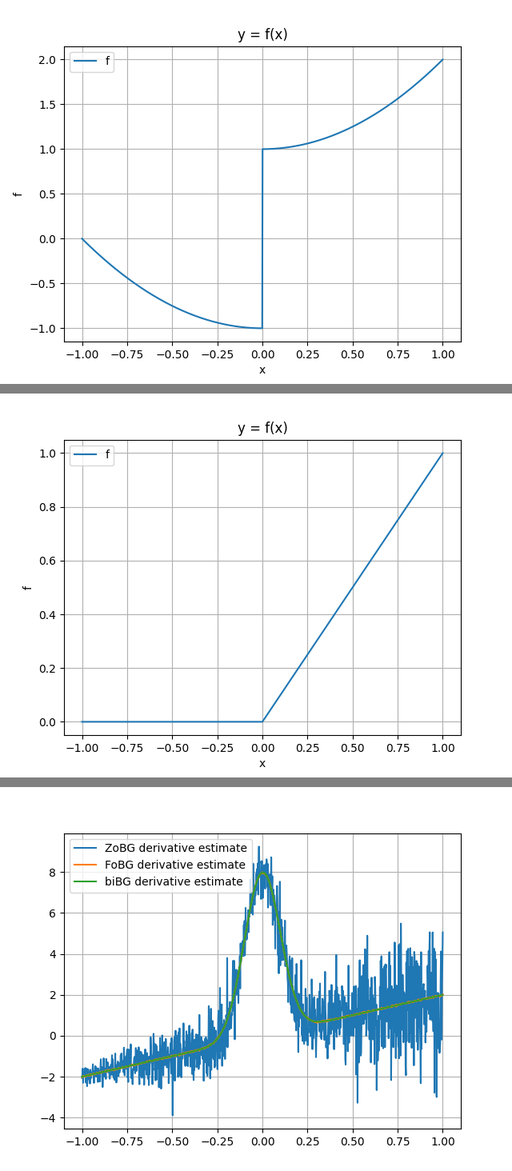
Repository: oomcth/Gradient-smoothing
Script's output: python test.py
An editor plug-in stored every save of this project. The script's output is shown before and after the next save, followed by the edit.
The pictures are shown at 80% of full size.
Each picture stacks the figures in order, with grey between them; figures that are only written to a file come last. Random numbers start from a fixed seed.

Above is the script's output before, as saved 2025-11-23 12:31:21.

### test.py
import numpy as np
import matplotlib.pyplot as plt

rng = np.random.default_rng()
sigma = 0.1
t = 0.1


def coulomb_friction(x):
    return x**2 + (-1 if x < 0 else 1)


def smoothed_coulomb_friction(x, t):
    assert t > 0
    return x**2 + (-1 if x < -t / 2 else 1 if x > t / 2 else 2 * x / t)


def ReLU(x):
    return np.maximum(x, 0)


def visualize(f):
    xs = np.linspace(-1, 1, 1000)
    y = np.array([f(x) for x in xs])

    plt.plot(xs, y, label="f")

    plt.legend()
    plt.xlabel("x")
    plt.ylabel("f")
    plt.title("y = f(x)")
    plt.grid(True)
    plt.show()


def gaussian_pdf(x, mu=0.0, sigma=1.0):
    return 1.0 / (np.sqrt(2 * np.pi) * sigma) * np.exp(-0.5 * ((x - mu) / sigma) ** 2)


def zo_gradient(f, x, M=100):
    x = np.array([x], dtype=np.float64)
    omegas = np.random.normal(loc=0, scale=sigma, size=M)
    xs = x + omegas
    fx = np.array([f(xi) for xi in xs])
    glp = -omegas / (sigma**2)
    return -(fx * glp).sum(axis=0) / M


def fo_gradient(f, x, M=100):
    x = np.array([x], dtype=np.float64)
    omegas = np.random.normal(loc=0, scale=sigma, size=M)
    xs = x + omegas
    grads = 2 * xs
    return grads.mean() + 2 * gaussian_pdf(-x, mu=0, sigma=sigma)


def bi_gradient(f, x, M=100):
    x = np.array([x], dtype=np.float64)
    grads = 2 * x
    return grads.mean() + 2 * gaussian_pdf(-x, mu=0, sigma=sigma)


def visualize_derivatives(f):
    x = np.linspace(-1, 1, 1000)

    y1 = np.array([zo_gradient(f, l, M=100) for l in x])
    y2 = np.array([fo_gradient(f, l, M=100) for l in x])
    y3 = np.array([bi_gradient(f, l, M=100) for l in x])

    plt.plot(x, y1, label="ZoBG derivative estimate")
    plt.plot(x, y2, label="FoBG derivative estimate")
    plt.plot(x, y3, label="biBG derivative estimate")
    plt.legend()
    plt.grid(True)
    plt.show()


visualize(coulomb_friction)
visualize(ReLU)
visualize_derivatives(coulomb_friction)

After the next save:
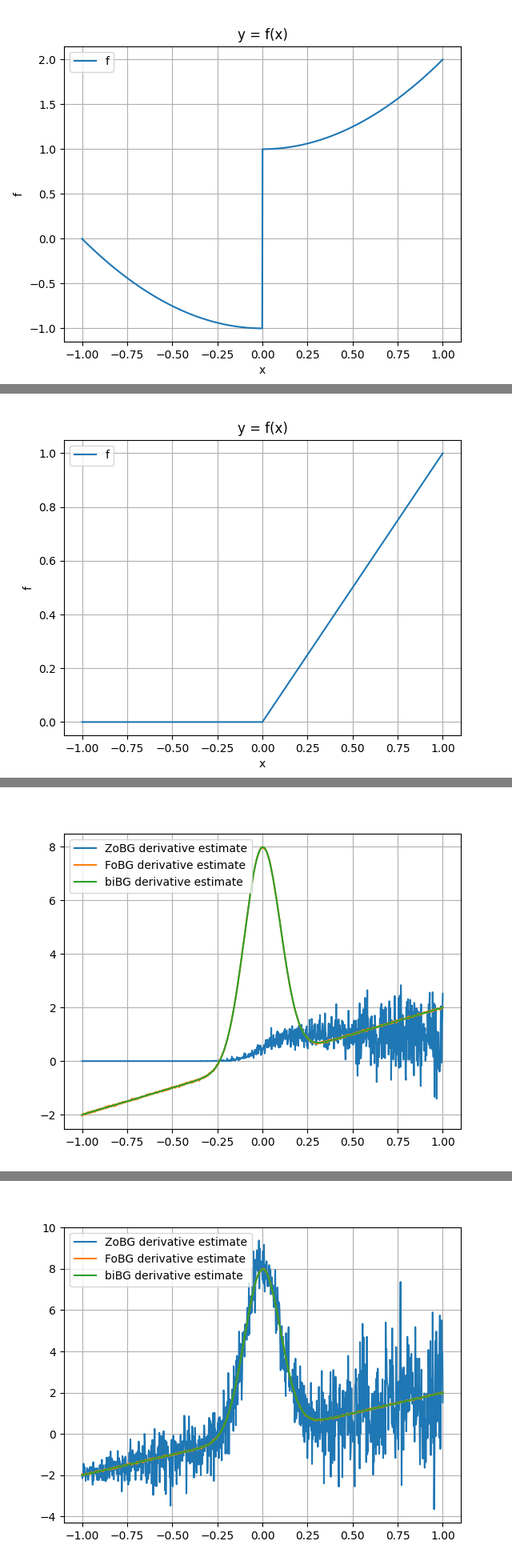
Saved 14 s later.
--- a/test.py
+++ b/test.py
@@ -77,4 +77,5 @@ def visualize_derivatives(f):
 
 visualize(coulomb_friction)
 visualize(ReLU)
+visualize_derivatives(ReLU)
 visualize_derivatives(coulomb_friction)
